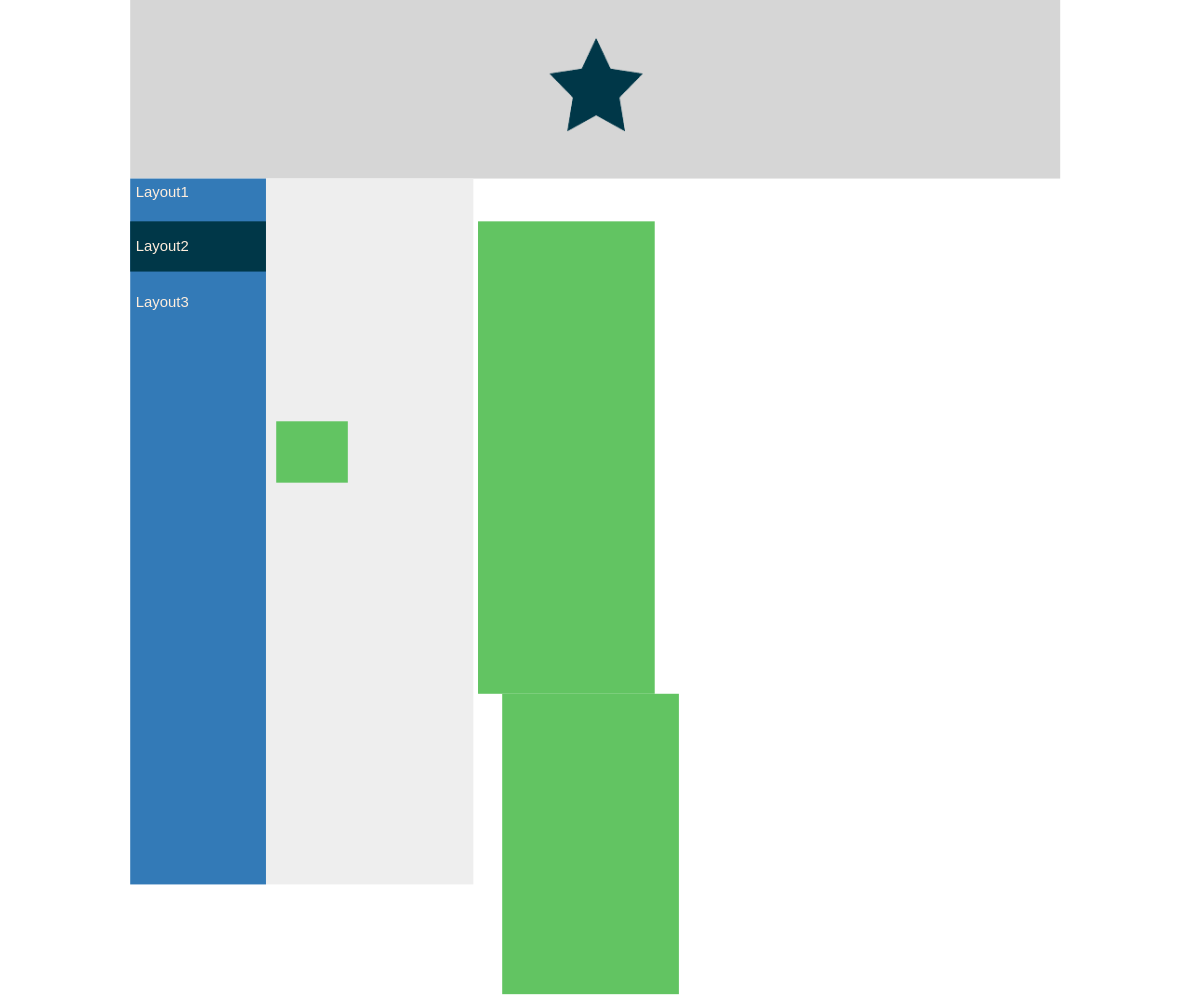
Repository: baliayassin/MyGame
Page: Documents/Aptana Studio 3 Workspace/homeWork2/layOut2.html
The author's editor kept a copy of each file at every save. The page is drawn from the files as they stood at one save, then again after the next save.
The browser window is 1280 px wide. The pictures show the whole page, at 93% of full size.

Above is the page before, as saved 2017-11-29 13:00:14.

### Documents/Aptana Studio 3 Workspace/homeWork2/layOut2.html
<!DOCTYPE html>
<html>

	<html>
	<head>

		<title> HomeWork2</title>
		<link rel="stylesheet" href="includes/style.css" />
		<meta charset="utf-8" />
	</head>


	<body id="wrapper2">
<main>
		<header>
	       <a href="layOut2.html"> </a>
        </header>
    <nav>
    		<ul>
					<li> <a href="index.html">Layout1 </a> </li>
					<li> <span><a href="layOut2.html">Layout2 </a> </span></li>
					<li><a href="#">Layout3 </a> </li>

				</ul>

    </nav>

    <aside>
    	<article></article>
    	</aside>

    	<section><article></article>

    		<article> </article>
    		 </section>

		</main>


		<footer>


			</footer>



	</body>


</html>

### Documents/Aptana Studio 3 Workspace/homeWork2/includes/style.css
*{
	margin:0px;
	padding: 0px;
}

main, nav, aside, footer, section, article, header {
	display:  block;

	/*border: 1px solid black;*/
}

#wrapper {
	margin: 0px auto;
	width: 1000px;
}
#wrapper header{

	height:192px;
	background: #d6d6d6;

}

#wrapper header a{

	width:102px;
	height:102px;
	background-image:url("../images/star.png");
	position:relative;
	display:block;
	margin:0px auto;
	top: 40px;
    background-repeat: no-repeat;


}


#wrapper nav {

	height: 62px;
	background: #337AB7;

}

#wrapper nav ul{

	list-style-type: none;
	text-decoration: none;
	margin-left: 45px;

}

#wrapper nav ul li{

	float:left;

}

#wrapper nav a{

	display: inline-block;
	text-decoration: none;
	color: #ffeedd;
	font-family: Arial;



}

#wrapper nav span a{

	background:#003748;
	margin:10px auto;
	padding:12px 90px;


}
#wrapper nav li > a{

	margin:20px 85px;

}
#wrapper section{
	direction:rtl;
	display: inline-block;
	margin-top: 100px;
	vertical-align: top;


}
#wrapper section article{

	display:block;
	background: #62C462;
	margin-right: 25px;
	margin-left: 32px;
	margin-top: 30px;
}

#wrapper section article:first-child{

	height:121px;
	width:699px;


}
#wrapper section article:nth-child(2){

	height: 200px;
	width: 699px;


}
#wrapper section article:nth-child(3){

	height: 125px;
	width: 186px;


}

#wrapper aside{

	background: #EEEEEE;
	height: 697px;
	width: 240px;
	display: inline-block;

}

#wrapper aside article{

	background: #62C462;
	width:185px;
	height:126px;
	position: relative;
	margin-top: 264px;
	margin-left: 45px;


}

#wrapper footer{

	height:52px;
	background: #D6D6D6;
	margin-top:-4px;

}










#wrapper2 {
	margin: 0px auto;
	width: 1000px;
}
#wrapper2 header{

	height:192px;
	background: #d6d6d6;

}

#wrapper2 header a{

	width:102px;
	height:102px;
	background-image:url("../images/star.png");
	position:relative;
	display:block;
	margin:0px auto;
    top: 40px;
    background-repeat: no-repeat;


}


#wrapper2 nav {

	width:146px;
	height: 759px;
	background: #337AB7;
    float:left;
    display: inline-block;
}




#wrapper2 nav ul {
	list-style-type: none;
}

#wrapper2 nav a{
	display: inline-block;
	text-decoration: none;
	color: #ffeedd;
	font-family: "Arial";
}

#wrapper2 nav li > a{
	margin-top: 6px;
	margin-bottom: 22px;
	margin-left: 6px;
}

#wrapper2 nav span a{
	background-color: #003748;
	padding-top: 18px;
	margin-bottom: 18px;
	padding-bottom: 18px;
	padding-left: 6px;
	width: 140px;
}


#wrapper2 aside{

	float:left;
	background-color: #eeeeee;
	width: 223px;
	height: 759px;
}

#wrapper2 aside article{

	background: #62C462;
	width:77px;
	height:66px;
	position: relative;
	margin-top: 261px;
	margin-left: 11px;


}


#wrapper2 section{

	display: inline-block;
	margin-top: 23px;



}

#wrapper2 section article:first-child{

	background:#62C462;
	margin-left:5px;
	margin-top:23px;
	height:508px;
	width:190px;


}

#wrapper2 section article:nth-child(2){

	background:#62C462;
	margin-left:31px;
	height:323px;
	width:190px;


}

After the next save:
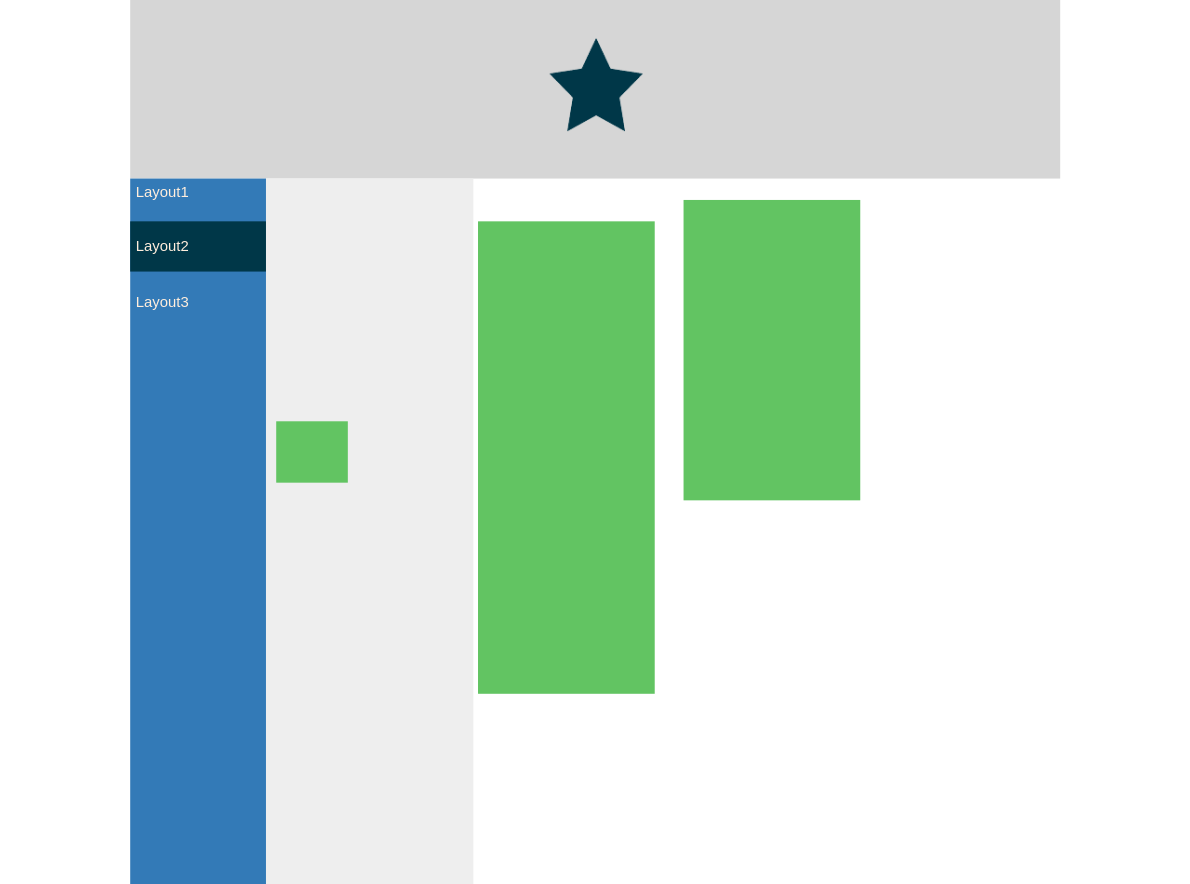
Saved 37 s later.
--- a/Documents/Aptana Studio 3 Workspace/homeWork2/includes/style.css
+++ b/Documents/Aptana Studio 3 Workspace/homeWork2/includes/style.css
@@ -259,6 +259,7 @@ main, nav, aside, footer, section, article, header {
 	margin-top:23px;
 	height:508px;
 	width:190px;
+	float: left;
 
 
 }
@@ -269,6 +270,6 @@ main, nav, aside, footer, section, article, header {
 	margin-left:31px;
 	height:323px;
 	width:190px;
-
-
-}
+	float:left;
+
+}
